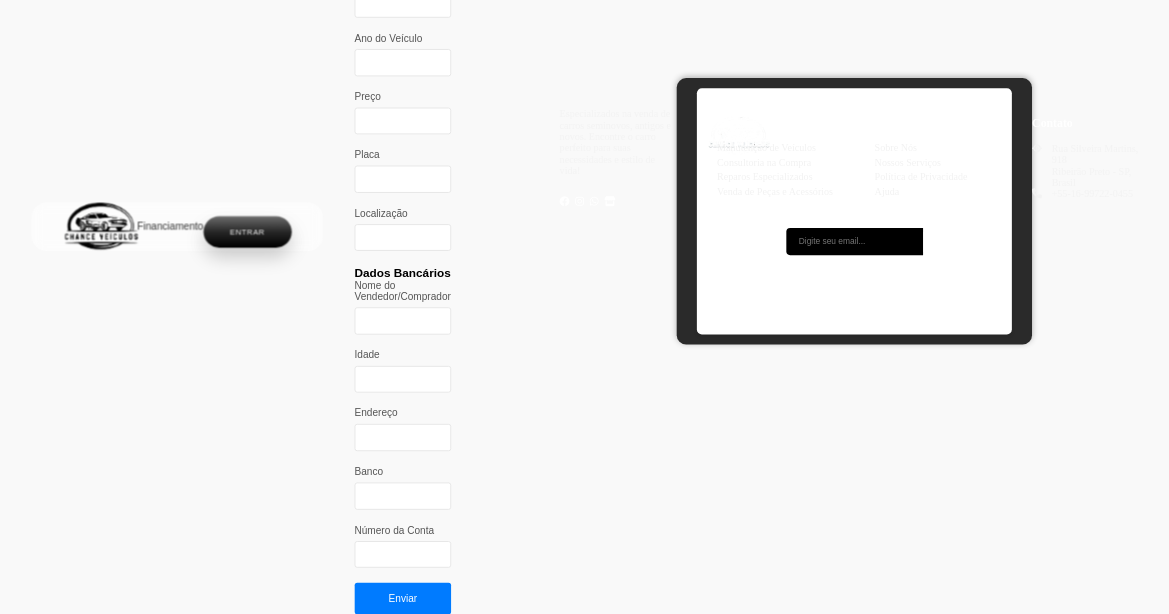
Repository: Matheus904-12/Reforma
Page: finan.html
An editor plug-in stored every save of this project. The page is shown before and after the next save, followed by the edit.
The browser window is 1280 px wide. The page is 1856 px wide, then 1280 px, so the pictures cover 1856 px, including what lies to the right of the window. The pictures show the whole page, at 63% of full size.
Some web libraries are served in a nearby version.

Above is the page before, as saved 2024-08-05 20:56:55.
Console error (its wording comes from the project's code and is left out).

After the next save:
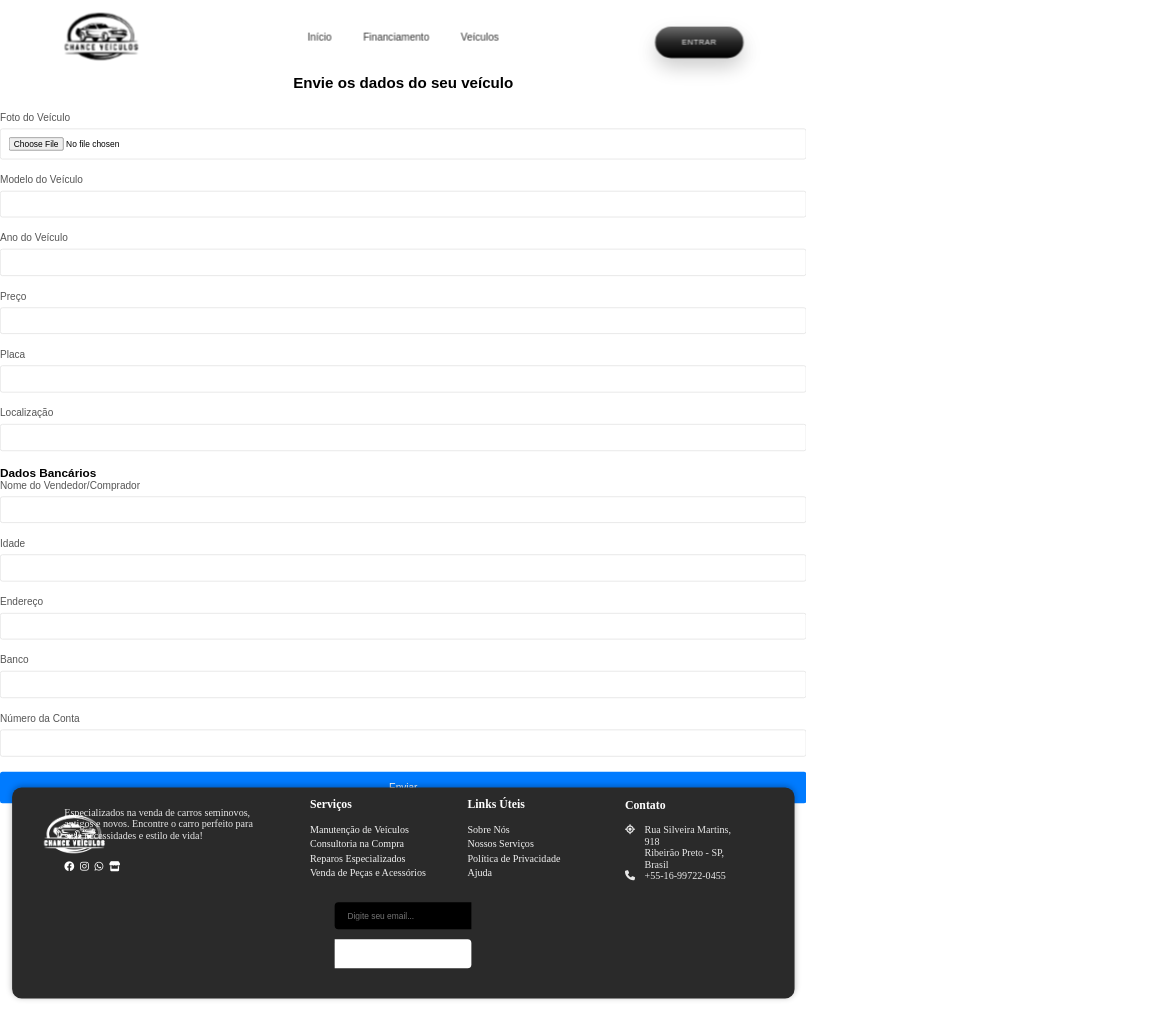
Saved 12 s later.
--- a/styles2.css
+++ b/styles2.css
@@ -1,21 +1,4 @@
-body {
-    font-family: 'Poppins', sans-serif;
-    background-color: #f9f9f9;
-    display: flex;
-    justify-content: center;
-    align-items: center;
-    height: 100vh;
-    margin: 0;
-}
 
-.container {
-    background-color: #fff;
-    padding: 2rem;
-    border-radius: 8px;
-    box-shadow: 0 4px 6px rgba(0, 0, 0, 0.1);
-    width: 100%;
-    max-width: 500px;
-}
 
 .form-header {
     display: flex;
